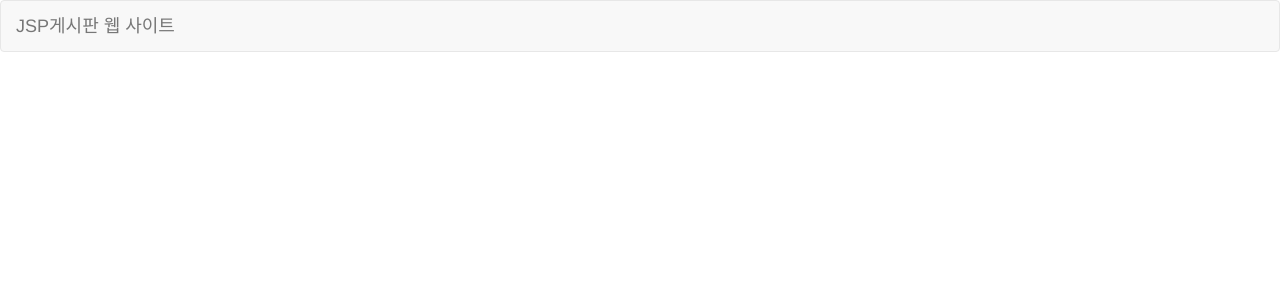
Repository: kwonsye/JSP_Board
Page: http://localhost/BBS/login.jsp
These files come from the project's save history. The page is drawn as it stood at one moment and after the next save; the edit follows.
The browser window is 1280 px wide. The pictures show the whole page.
Some web libraries are served in a nearby version. The page is served by Tomcat 9. Other server files are loaded and not shown.

Above is the page before, as saved 2019-01-03 09:41:47.

### projects/BBS/WebContent/login.jsp
<%@ page language="java" contentType="text/html; charset=UTF-8"
    pageEncoding="UTF-8"%>
<!DOCTYPE html>
<html>
<head>
<meta http-equiv="Content-Type" content="text/html; charset=UTF-8">
<meta name="viewport" content="width=device-width" initial-scale="1">
<link rel="stylesheet" href="css/bootstrap.css">
<title>로그인 페이지 테스트</title>
</head>
<body>
	<!-- 자바스크립트 파일 추가 -->
	<script src="https://code.jquery.com/jquery-3.1.1.min.js"></script>
	<script src="js/bootstrap.js"></script>
	<!-- 네비게이션 메뉴바 달기 -->
	<nav class="navbar navbar-default">
		<div class="navbar-header">
			<button type="button" class="navbar-toggle collapsed"
				data-toggle="collapse" data-target="#bs-example-navbar-collapse-1"
				aria-expanded="false">
				<span class="icon-bar"></span>
				<span class="icon-bar"></span>
				<span class="icon-bar"></span>
			</button>
			<a class="navbar-brand" href="main.jsp">JSP게시판 웹 사이트</a>
		</div>
	</nav>
</body>
</html>

Loaded but not shown: projects/BBS/WebContent/css/bootstrap.css (library); projects/BBS/WebContent/js/bootstrap.js (library)

After the next save:
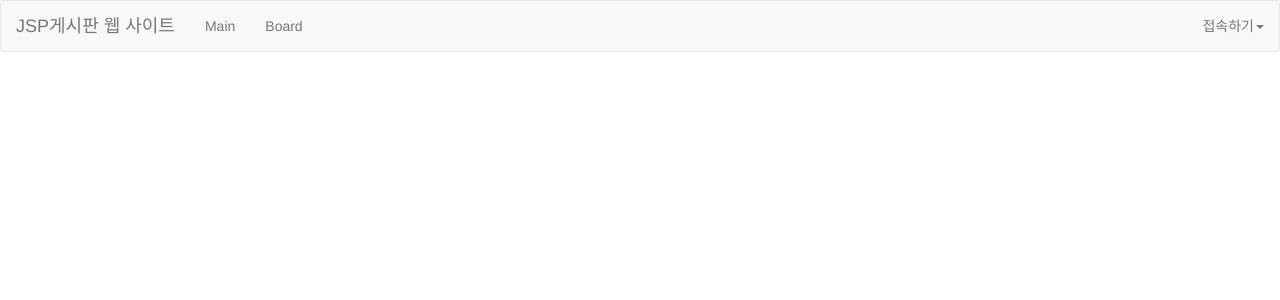
Saved 13 min 27 s later.
--- a/projects/BBS/WebContent/login.jsp
+++ b/projects/BBS/WebContent/login.jsp
@@ -24,6 +24,18 @@
 			</button>
 			<a class="navbar-brand" href="main.jsp">JSP게시판 웹 사이트</a>
 		</div>
+		<div class="collapse navbar-collapse" id="bs-example-navbar-collapse-1">
+			<ul class="nav navbar-nav">
+				<li><a href="main.jsp">Main</a></li>
+				<li><a href="bbs.jsp">Board</a></li>
+			</ul>
+			<ul class="nav navbar-nav navbar-right">
+				<li class="dropdown">
+					<a href="#" class="dropdown-toggle" data-toggle="dropdown" role="button" aria-haspopup="true"
+						aria-expanded="false">접속하기<span class="caret"></span></a>
+				</li>
+			</ul>
+		</div>
 	</nav>
 </body>
 </html>
